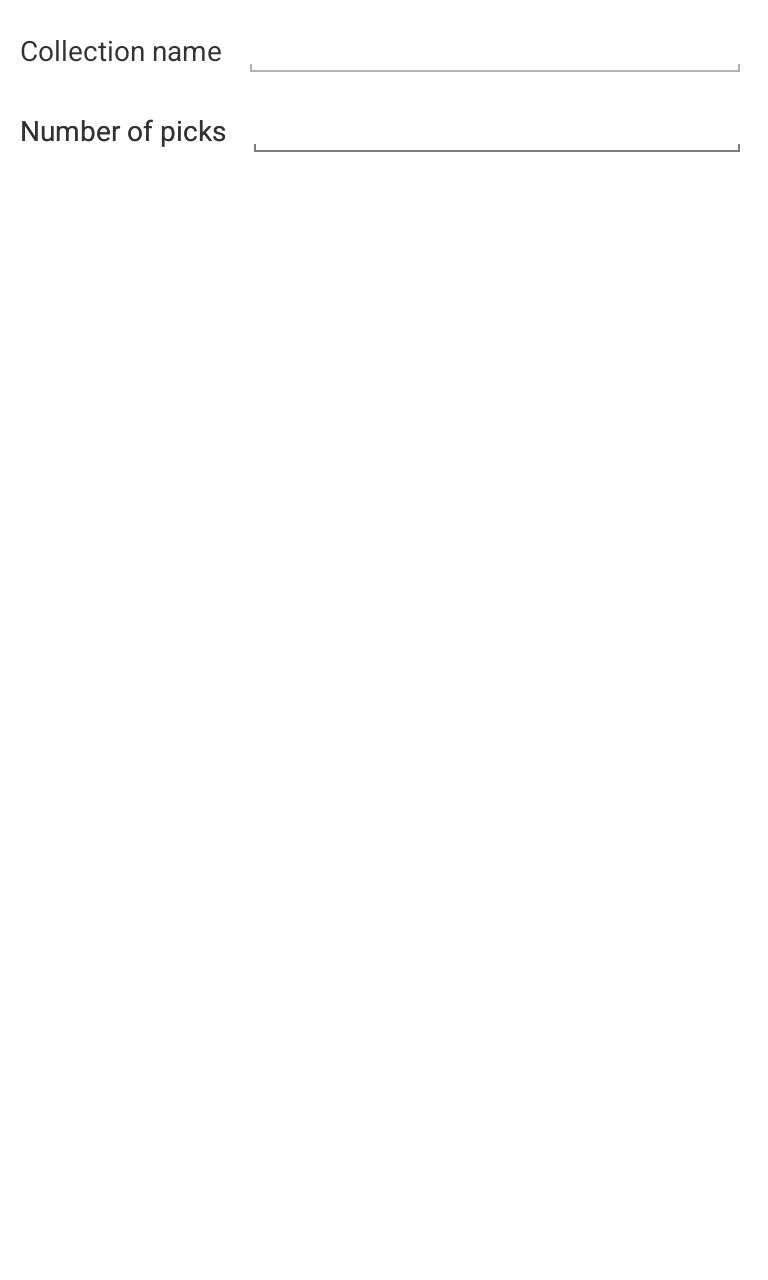
Repository: nqmtuan/RandomRandomizerAndroid
Layout: Workspace/RandomRandomizer/res/layout/create_edit_random_collection.xml
These files come from the project's save history. The layout is drawn as it stood at one moment and after the next save; the edit follows.
It is drawn on a 768 x 1280 px phone screen (xhdpi) without system bars, with theme AppTheme; the app's code is not run.

Above is the layout before, as saved 2013-07-29 14:43:41.

After the next save:
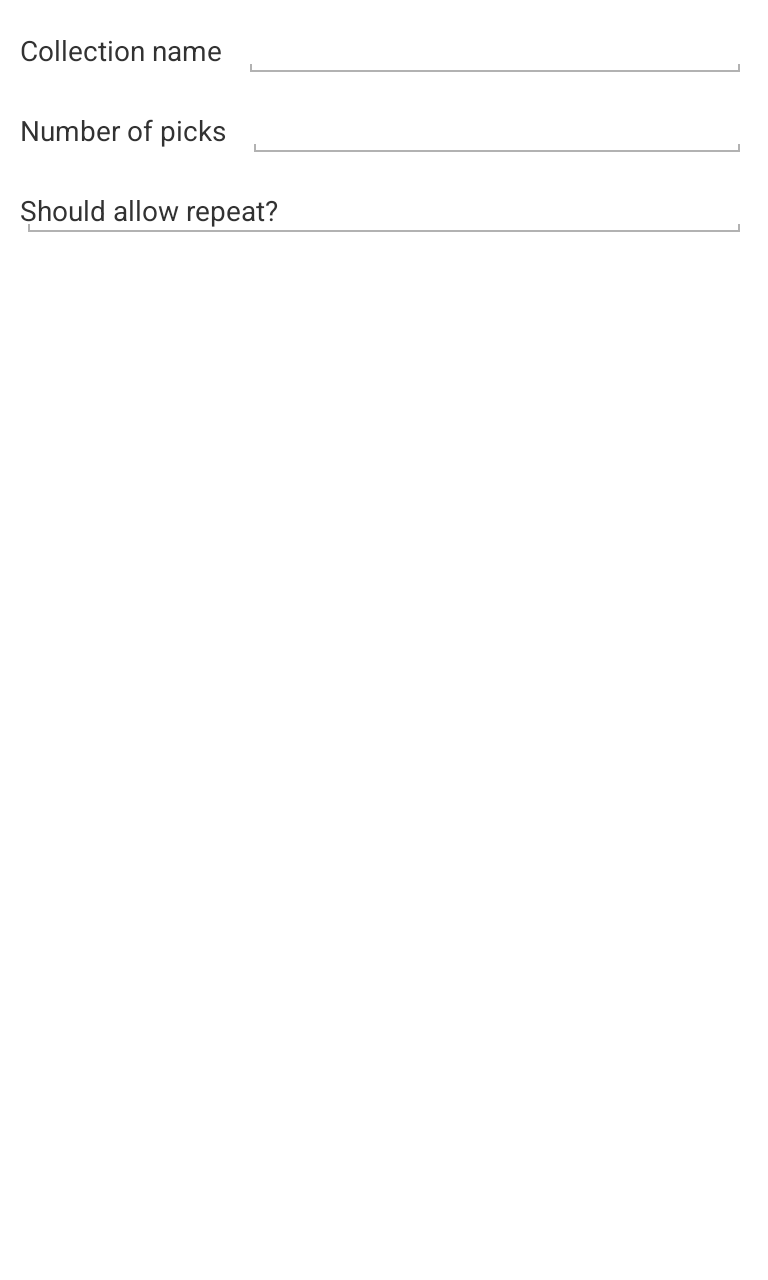
Saved 60 s later.
--- a/Workspace/RandomRandomizer/res/layout/create_edit_random_collection.xml
+++ b/Workspace/RandomRandomizer/res/layout/create_edit_random_collection.xml
@@ -62,14 +62,14 @@
 	    android:layout_width="match_parent"
 	    android:layout_height="wrap_content"
 	    android:layout_marginTop="10dp"
-	    android:layout_below="@+id/create_random_collection_name_container"
+	    android:layout_below="@+id/create_random_collection_nselection_container"
 	    >
 
 	    <TextView
-	        android:id="@+id/create_random_collection_nselection_text_view"
+	        android:id="@+id/create_random_collection_should_allow_repeat_text_view"
 	        android:layout_width="wrap_content"
 	        android:layout_height="wrap_content"
-	        android:text="@string/random_collection_nselection_label"
+	        android:text="@string/random_collection_should_allow_repeat_label"
 	        android:layout_centerVertical="true"
 	        android:layout_marginLeft="10dp"
 	        />
